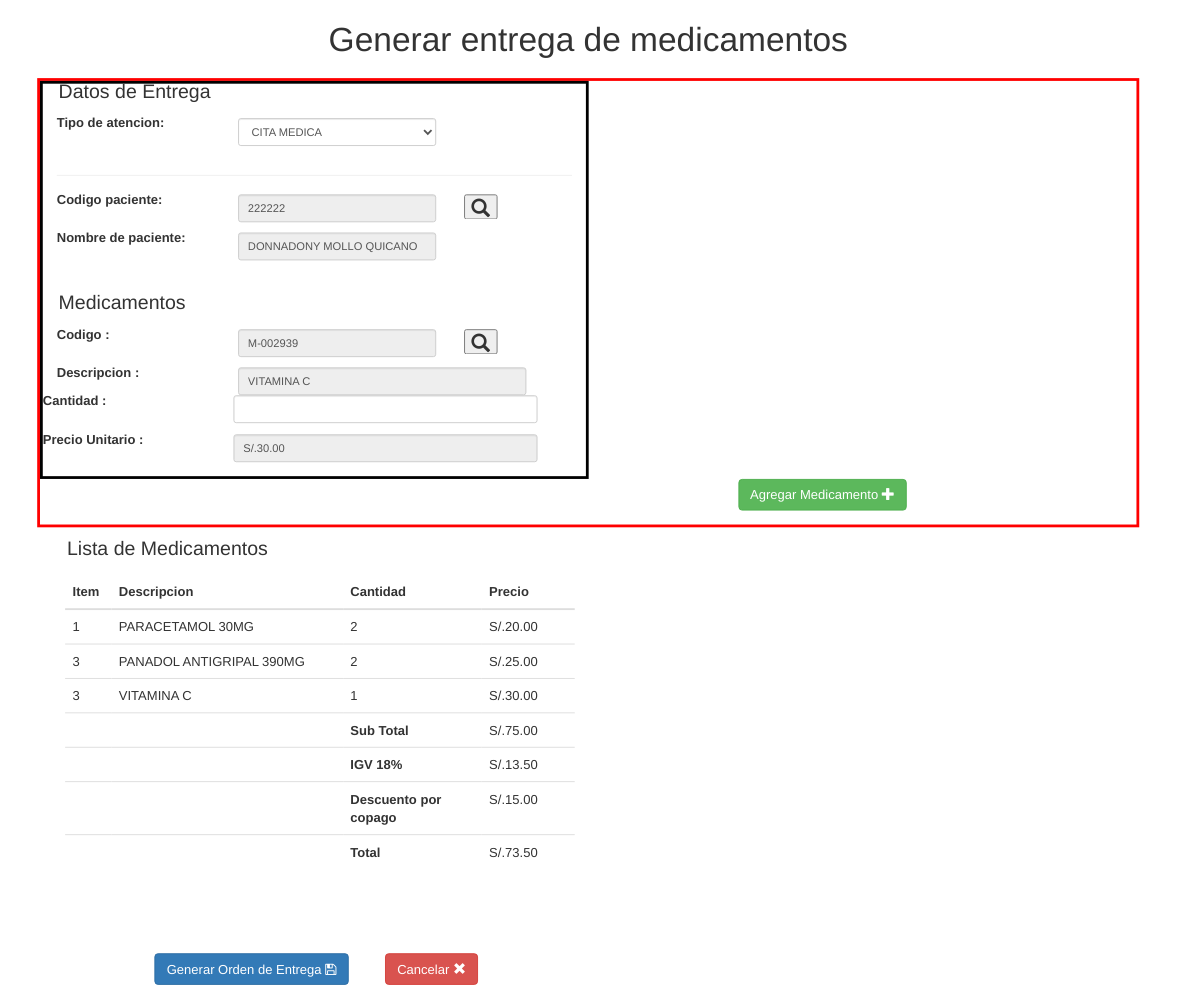
Repository: Donyx10/ADSII-ProyectoClinica
Page: http://localhost/AvanceWeb/GenerarOrdenDeEntregaDeMedicamentos2.jsp
These files come from the project's save history. The page is drawn as it stood at one moment and after the next save; the edit follows.
The browser window is 1280 px wide. The pictures show the whole page, at 93% of full size.
Some web fonts or font styles are not loaded; a fallback is used. The page is served by Tomcat 9. Other server files are loaded and not shown.

Above is the page before, as saved 2018-06-07 16:42:27.

### WebDemo/AvanceWeb/WebContent/GenerarOrdenDeEntregaDeMedicamentos2.jsp
<!DOCTYPE html>
<html lang="esS">
<head>
<meta charset="UTF-8">
<meta name="viewport"
	content="width=device-width, initial-scale=1, maximum-scale=1, user-scalable=no">
<script type="text/javascript" src="js/jquery.min.js"></script>
<script type="text/javascript" src="js/jquery.dataTables.min.js"></script>
<script type="text/javascript" src="js/dataTables.bootstrap.min.js"></script>
<script type="text/javascript" src="js/bootstrap.min.js"></script>
<script type="text/javascript" src="js/bootstrapValidator.js"></script>
<link rel="stylesheet" href="css/bootstrap.css" />
<link rel="stylesheet" href="css/dataTables.bootstrap.min.css" />
<link rel="stylesheet" href="css/style.css" />
<link rel="stylesheet" href="css/bootstrapValidator.css" />
<link rel="stylesheet"
	href="https://cdnjs.cloudflare.com/ajax/libs/font-awesome/4.7.0/css/font-awesome.min.css">
<title>Generar orden de entrega de medicamentos</title>

</head>
<body>

	<div class="container"
		style="padding-top: 3px; line-height: 0.8; padding-left: 0.01px;">
		<h1 align="center">Generar entrega de medicamentos</h1>
		<br>
		<form action="generarCita" id="id_form">
			<div class="form-group row"
				style="border-style: solid; border-color: red;">
				<div class="col-md-6"
					style="border-style: solid; border-color: black;">

					<div class="form-group row" align="left" id="paciente">
						<div class="col-md-12">
							<fieldset>
								<legend>Datos de Entrega</legend>
								<div class="row">
									<div class="col-md-4">
										<label class="" for="id_codigo">Tipo de atencion:</label>
									</div>
									<div class="col-md-5">
										<select class="form-control input-sm" style="">
											<option>CITA MEDICA
											<option>EMERGENCIA
										</select>
									</div>
								</div>
								<br>
								<hr>
								<div class="row">

									<div class="col-md-4">
										<label class="" for="id_codigo">Codigo paciente:</label>
									</div>
									<div class="col-md-5">
										<input class="form-control input-sm" type="text"
											value="222222" id="" name="" readonly="readonly"
											placeholder="Ingrese el codigo">
									</div>
									<div class="col-md-2">
										<button style="font-size: 20px">
											<i class="glyphicon glyphicon-search"></i>
										</button>
									</div>
								</div>
								<br>



								<div class="row">
									<div class="col-md-4">
										<label class="" for="">Nombre de paciente:</label>
									</div>
									<div class="col-md-5">
										<input class="form-control input-sm" type="text"
											readonly="readonly" value="DONNADONY MOLLO QUICANO" id=""
											name="" placeholder="Ingrese el nombre" size="30">
									</div>

								</div>
								<br>
								<!--
							<div class="row">
								<div class="col-md-3">
									<label class="" for="">Estado:</label>
								</div>
								<div class="col-md-5">
									<input class="form-control" type="text" disabled="disabled" value="CANCELADO"
										id="" name="" placeholder="Ingrese el nombre" size="30">
								</div>
								<br>
							</div>
							<br>
							-->
							</fieldset>
						</div>


					</div>

					<br>
					<div class="form-group row" align="left" id="medicametos">
						<div class="col-md-12">
							<fieldset>
								<legend>Medicamentos</legend>

								<div class="row">

									<div class="col-md-4">
										<label class="" for="id_codigo">Codigo : </label>
									</div>
									<div class="col-md-5">
										<input class="form-control input-sm" type="text"
											value="M-002939" id="" name="" readonly="readonly"
											placeholder="">
									</div>
									<div class="col-md-2">
										<button style="font-size: 20px">
											<i class="glyphicon glyphicon-search"></i>
										</button>
									</div>
								</div>
								<br>
								<div class="row">

									<div class="col-md-4">
										<label class="" for="id_codigo">Descripcion : </label>
									</div>
									<div class="col-md-7">
										<input class="form-control input-sm" type="text"
											value="VITAMINA C" id="" name="" readonly="readonly"
											placeholder="">
									</div>
								</div>
							</fieldset>
						</div>
						<br>
						<div class="row">

							<div class="col-md-4">
								<label class="" for="id_codigo">Cantidad : </label>
							</div>
							<div class="col-md-7">
								<input class="form-control input-sm" type="number"
									name="quantity" min="1" max="10">
							</div>

						</div>
						<br>
						<div class="row">

							<div class="col-md-4">
								<label class="" for="id_codigo">Precio Unitario : </label>
							</div>
							<div class="col-md-7">
								<input class="form-control input-sm" type="text" name="quantity"
									value="S/.30.00" readonly="readonly">
							</div>

						</div>
					</div>
				</div>
				<div class="form-group row" align="center" id="paciente">
					<div class="col-md-12">
						<div class="row">
							<div class="col-md-2"></div>
							<div class="col-md-4"></div>
							<div class="col-md-1"></div>
							<div class="col-md-3">
								<button type="submit" class="btn btn-success">
									Agregar Medicamento <i class="glyphicon glyphicon-plus"></i>
								</button>
							</div>
						</div>
					</div>
				</div>


			</div>
			<div class="col-md-6">
				<div class="form-group row" id="medico">
					<div class="col-md-12">
						<fieldset>

							<legend> Lista de Medicamentos</legend>
							<div class="row">
								<div class="col-md-12">
									<table class="table table-sm">
										<thead>
											<tr>
												<th class="col-md-1">Item</th>
												<th class="col-md-5">Descripcion</th>
												<th class="col-md-3">Cantidad</th>
												<th class="col-md-2">Precio</th>

											</tr>
										</thead>
										<tbody>
											<tr>
												<td class="col-md-1">1</td>
												<td class="col-md-5">PARACETAMOL 30MG</td>
												<td class="col-md-3">2</td>
												<td class="col-md-2">S/.20.00</td>
											</tr>
											<tr>
												<td class="col-md-1">3</td>
												<td class="col-md-5">PANADOL ANTIGRIPAL 390MG</td>
												<td class="col-md-3">2</td>
												<td class="col-md-2">S/.25.00</td>
											</tr>
											<tr>
												<td class="col-md-1">3</td>
												<td class="col-md-5">VITAMINA C</td>
												<td class="col-md-3">1</td>
												<td class="col-md-2">S/.30.00</td>
											</tr>
											<tr>
												<td class="col-md-1"></td>
												<td class="col-md-5"></td>
												<td class="col-md-3"><strong>Sub Total</strong></td>
												<td class="col-md-2">S/.75.00</td>
											</tr>
											<tr>
												<td class="col-md-1"></td>
												<td class="col-md-5"></td>
												<td class="col-md-3"><strong>IGV 18%</strong></td>
												<td class="col-md-2">S/.13.50</td>
											</tr>
											<tr>
												<td class="col-md-1"></td>
												<td class="col-md-5"></td>
												<td class="col-md-3"><strong>Descuento por
														copago</strong></td>
												<td class="col-md-2">S/.15.00</td>
											</tr>
											<tr>
												<td class="col-md-1"></td>
												<td class="col-md-5"></td>
												<td class="col-md-3"><strong>Total</strong></td>
												<td class="col-md-2">S/.73.50</td>
											</tr>

										</tbody>
									</table>
								</div>
							</div>
						</fieldset>
					</div>
				</div>
				<br> <br> <br> <br> <br>
				<div class="form-group row" align="center" id="paciente">
					<div class="col-md-12">
						<div class="row">
							<div class="col-md-2"></div>
							<div class="col-md-4">
								<button type="submit" class="btn btn-primary">
									Generar Orden de Entrega <i class="fa fa-save"></i>
								</button>
							</div>
							<div class="col-md-1"></div>
							<div class="col-md-3">
								<button type="submit" class="btn btn-danger">
									Cancelar <span class="glyphicon glyphicon-remove"></span>
								</button>
							</div>
						</div>
					</div>
				</div>
			</div>
	</div>
	</div>
	</form>
	</div>
</body>
</html>

### WebDemo/AvanceWeb/WebContent/css/style.css


.table-fixed {
	width: 100%;
	background-color: #f3f3f3;
}

.table-fixed tbody {
	height: 120px;
	overflow-y: auto;
	width: 100%;
}

.table-fixed thead, .table-fixed tbody, .table-fixed tr, .table-fixed td,
	.table-fixed th {
	display: block;
}

.table-fixed tbody td {
	float: left;
}

.table-fixed thead tr th {
	float: left;
	background-color: #f39c12;
	border-color: #e67e22;
}

legend {
    display: block;
    padding-left: 2px;
    padding-right: 2px;
    border: none;
}

Loaded but not shown: WebDemo/AvanceWeb/WebContent/js/jquery.min.js (library); WebDemo/AvanceWeb/WebContent/js/jquery.dataTables.min.js (library); WebDemo/AvanceWeb/WebContent/js/dataTables.bootstrap.min.js (common file); WebDemo/AvanceWeb/WebContent/js/bootstrap.min.js (library); WebDemo/AvanceWeb/WebContent/js/bootstrapValidator.js (library); WebDemo/AvanceWeb/WebContent/css/bootstrap.css (library); WebDemo/AvanceWeb/WebContent/css/dataTables.bootstrap.min.css (library); WebDemo/AvanceWeb/WebContent/css/bootstrapValidator.css (common file)

After the next save:
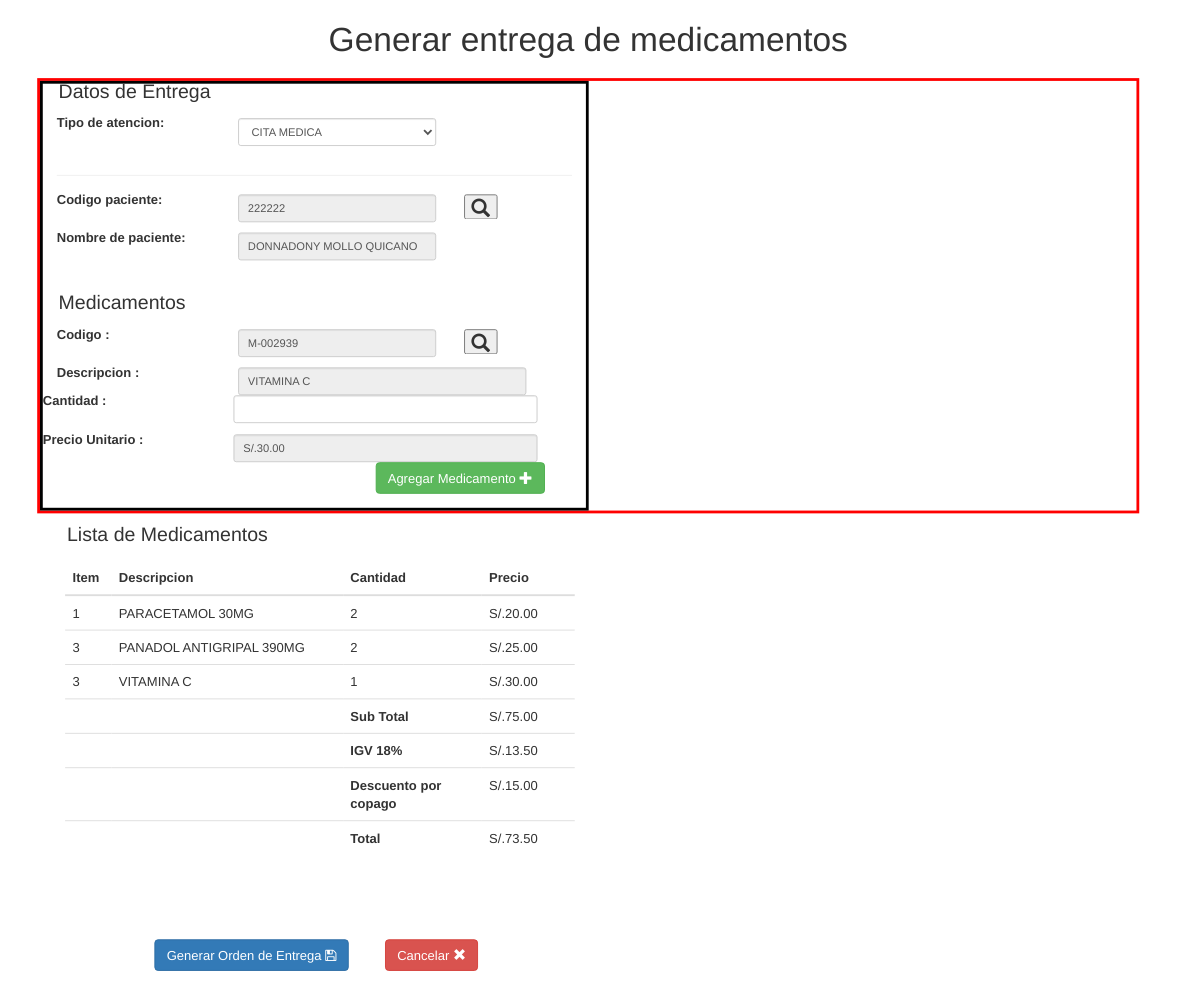
Saved 3 min 52 s later.
--- a/WebDemo/AvanceWeb/WebContent/GenerarOrdenDeEntregaDeMedicamentos2.jsp
+++ b/WebDemo/AvanceWeb/WebContent/GenerarOrdenDeEntregaDeMedicamentos2.jsp
@@ -158,10 +158,6 @@
 							</div>
 
 						</div>
-					</div>
-				</div>
-				<div class="form-group row" align="center" id="paciente">
-					<div class="col-md-12">
 						<div class="row">
 							<div class="col-md-2"></div>
 							<div class="col-md-4"></div>
@@ -174,6 +170,7 @@
 						</div>
 					</div>
 				</div>
+
 
 
 			</div>
